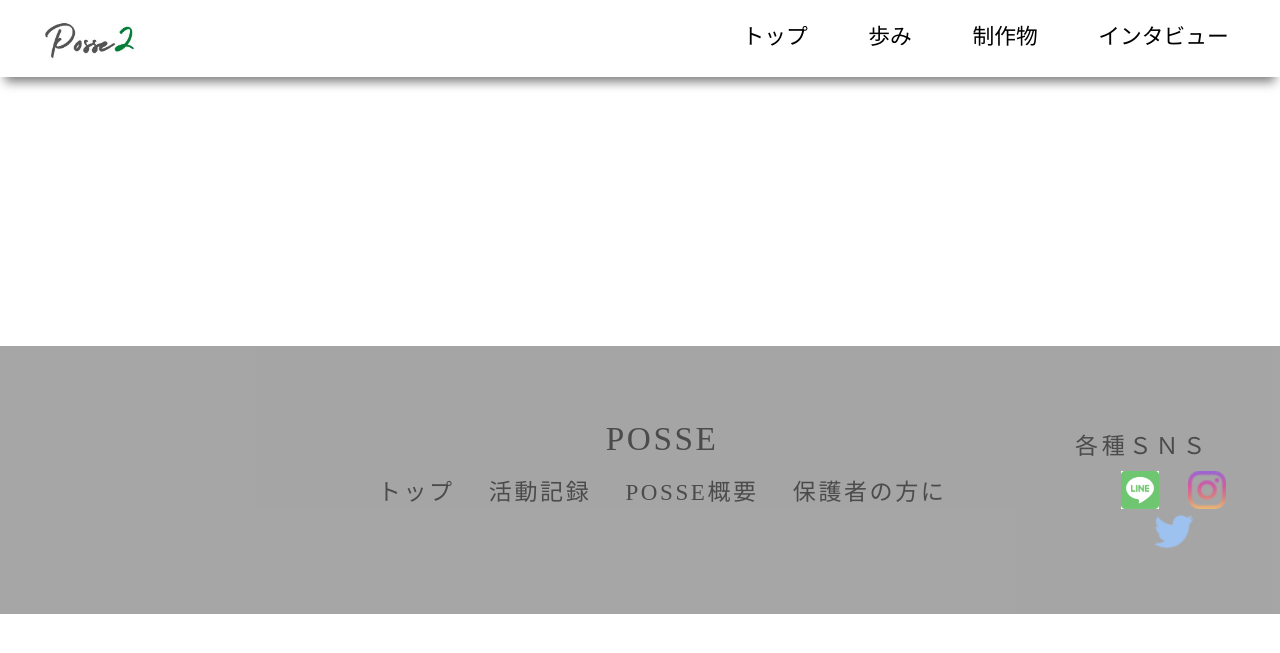
Repository: posse-ap/posse2-hackathon-202202-team2A
Page: topPage/index.html
The author's editor kept a copy of each file at every save. The page is drawn from the files as they stood at one save, then again after the next save.
The browser window is 1280 px wide. The pictures show the whole page.

Above is the page before, as saved 2022-02-15 02:40:37.

After the next save:
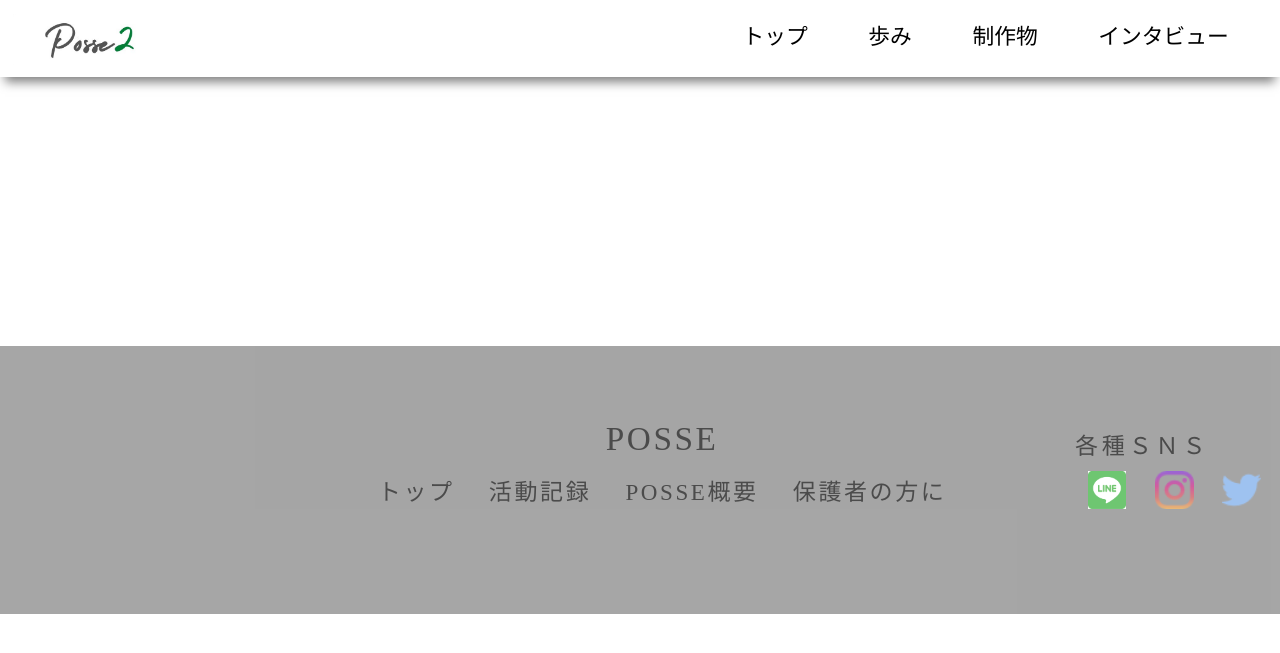
Saved 4 s later.
--- a/topPage/style.css
+++ b/topPage/style.css
@@ -67,7 +67,7 @@ body {
 }
 
 .SNS_box{
-    width: 147%;
+    width: 148%;
 }
 
 
